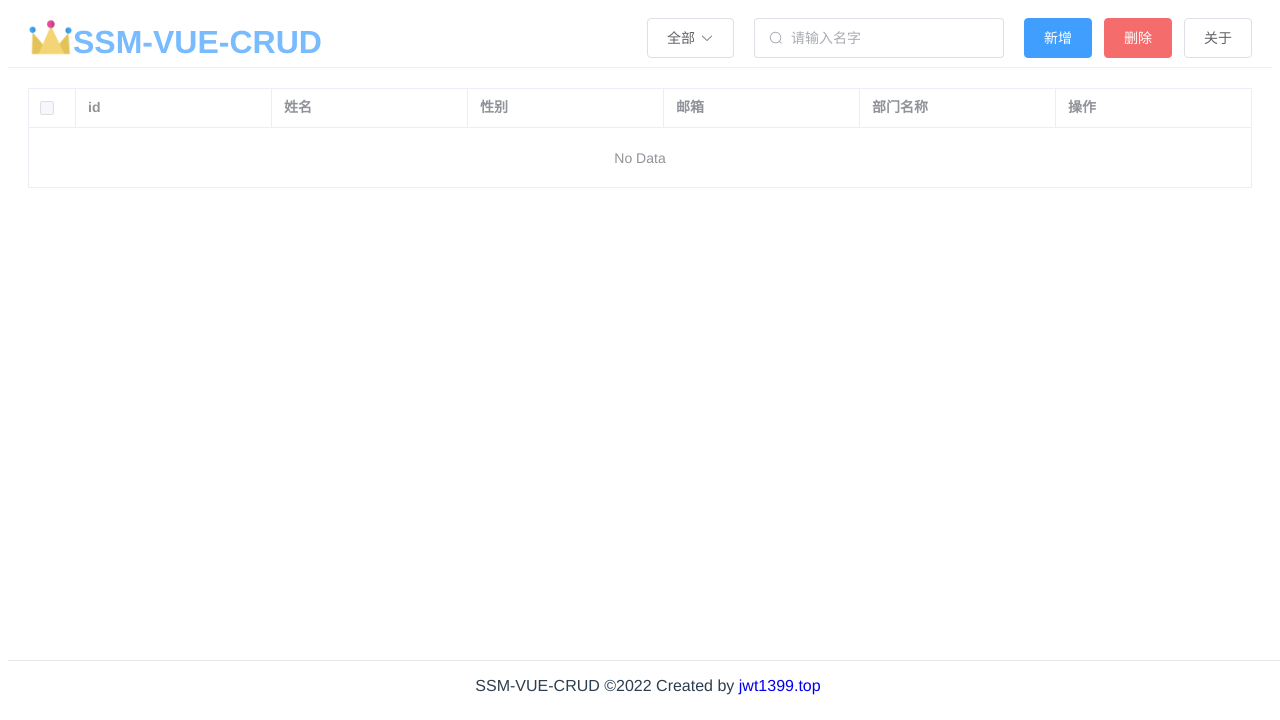
Repository: jwt1399/ssm-vue-crud
Page: / (app in ssm-crud-front/)
An editor plug-in stored every save of this project. The page is shown before and after the next save, followed by the edit.
The browser window is 1280 px wide. The pictures show the whole page.
The project was rebuilt for these pictures with package versions that can differ from the ones it lists, and the page was loaded fresh each time. Also part of the build but not shown: ssm-crud-front/vue.config.js.

Above is the page before, as saved 2022-06-09 12:56:09.

After the next save:
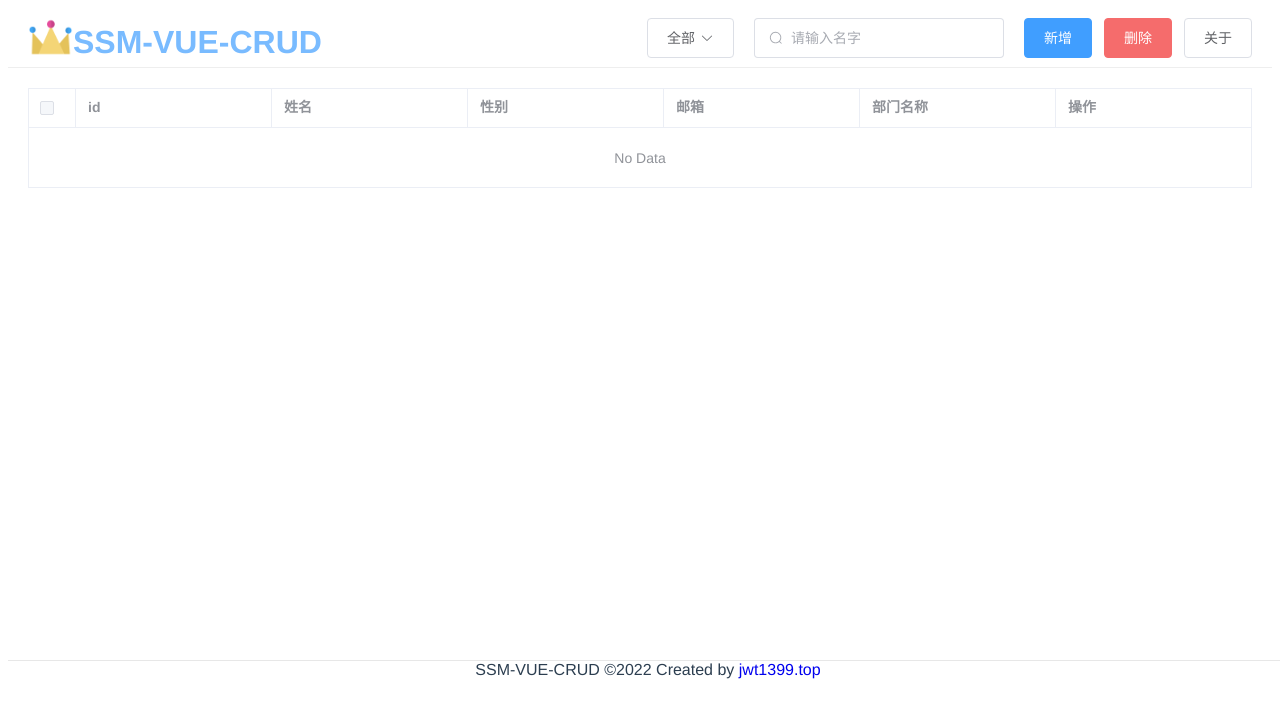
Saved 20 s later.
--- a/ssm-crud-front/src/components/Footer.vue
+++ b/ssm-crud-front/src/components/Footer.vue
@@ -26,7 +26,8 @@
     /* height: 50px; */
     background-color: #fff;
     border-top:1px solid #E7E7E7;
-    line-height:50px;
+    /* line-height:50px; */
+     vertical-align:middle;
 }
 
 </style>

After the 2 saves that followed:
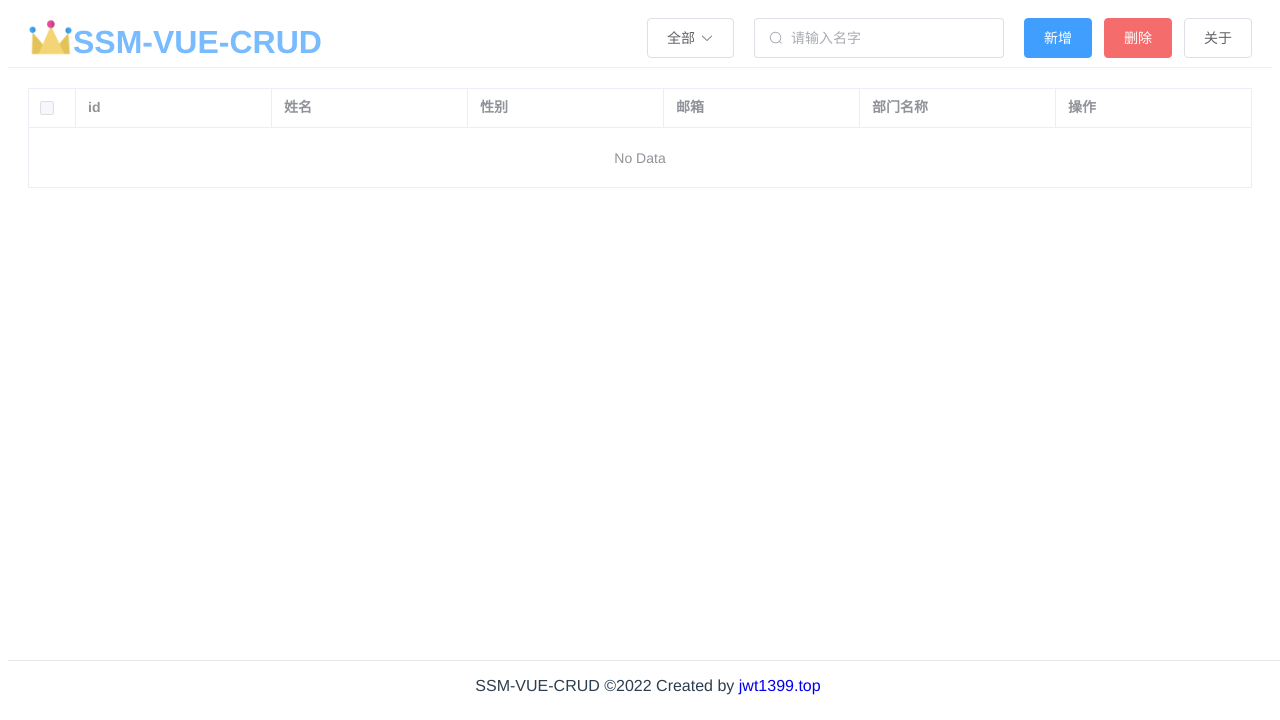
The 2 saves are shown as one change because 1 left the picture as it was.
The last was saved 14 s later.
--- a/ssm-crud-front/src/components/Footer.vue
+++ b/ssm-crud-front/src/components/Footer.vue
@@ -26,8 +26,7 @@
     /* height: 50px; */
     background-color: #fff;
     border-top:1px solid #E7E7E7;
-    /* line-height:50px; */
-     vertical-align:middle;
+    line-height:50px;
 }
 
 </style>
